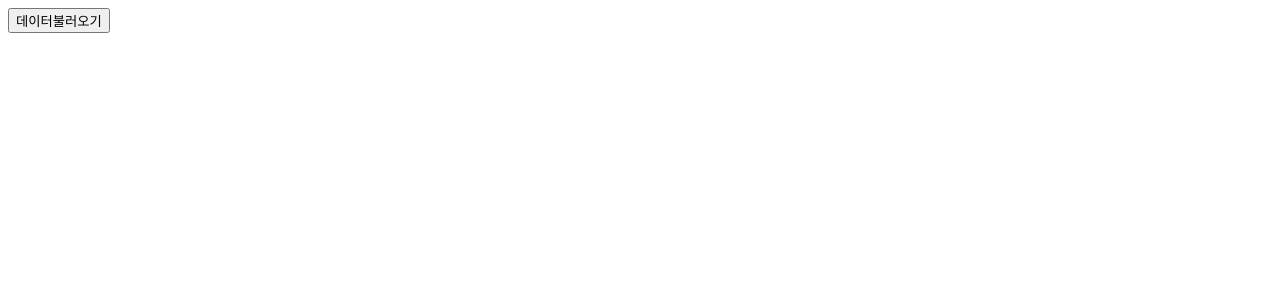
Repository: kangeuisik/springworkspace
Page: http://localhost/a_mvc_mybatis_ajax/Web-Content/sampleData.jsp
An editor plug-in stored every save of this project. The page is shown before and after the next save, followed by the edit.
The browser window is 1280 px wide. The pictures show the whole page.
The page is served by Tomcat 9. Nobody is signed in. The application's start-up code is not run. Other server files are loaded and not shown.

Above is the page before, as saved 2023-02-14 01:08:55.

### a_mvc_mybatis_ajax/Web-Content/sampleData.jsp
<%@ page language="java" contentType="text/html; charset=UTF-8"
    pageEncoding="UTF-8"%>
    <%@ taglib prefix="c" uri="http://java.sun.com/jsp/jstl/core" %>
     <c:set var="contextPath" value="${pageContext.request.contextPath }"></c:set>
<!DOCTYPE html>
<html>
<head>
<meta charset="UTF-8">
<script src="https://cdnjs.cloudflare.com/ajax/libs/jquery/3.6.3/jquery.min.js"></script>
<title>Insert title here</title>
</head>
<body>
	<button class="btn1">데이터불러오기</button>
</body>
<script>

	$('.btn1').click(function(){
		$.ajax({
			type : 'get',
			url : '${contextPath}/sample/sampleMap',
			contentType : 'application/json;charset=utf-8',
			success : function(sampleMap){
				console.log(sampleMap.bean1);
			},
			error : function(){
				alert('틀림')
			}

		});
	})
</script>
</html>

After the next save:
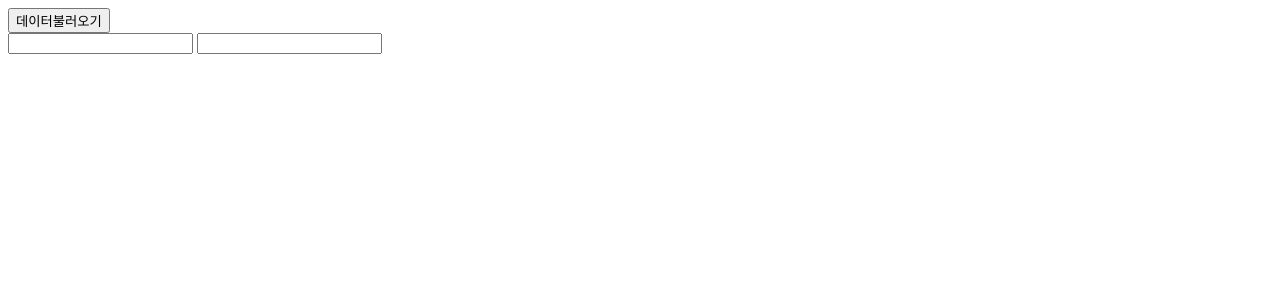
Saved 43 s later.
--- a/a_mvc_mybatis_ajax/Web-Content/sampleData.jsp
+++ b/a_mvc_mybatis_ajax/Web-Content/sampleData.jsp
@@ -11,6 +11,10 @@
 </head>
 <body>
 	<button class="btn1">데이터불러오기</button>
+	<div>
+		<input type="text" class="number">
+		<input type="text" class="title">
+	</div>
 </body>
 <script>
 
